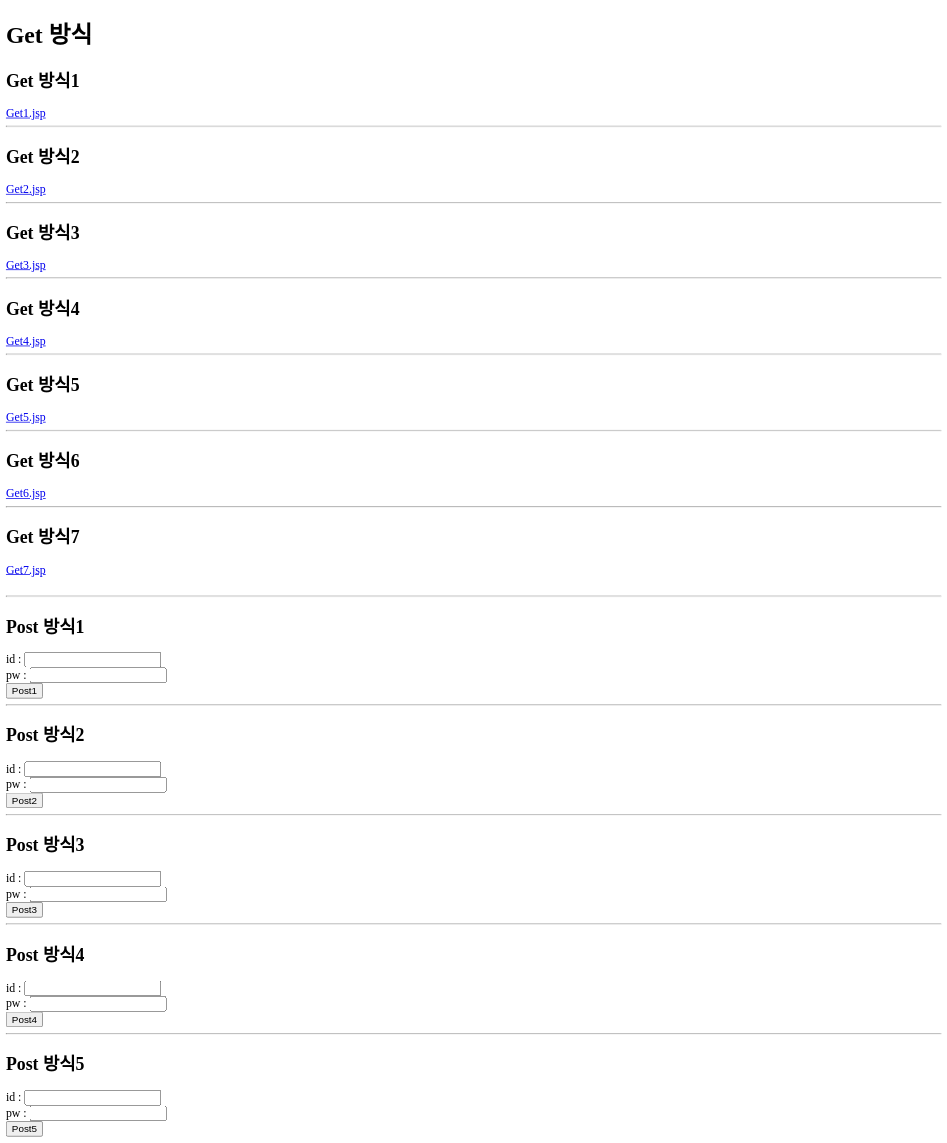
Repository: dllgkdud/pro4
Page: http://localhost/pro04/WEB-INF/views/sample/main.jsp
These files come from the project's save history. The page is drawn as it stood at one moment and after a run of saves; the edit follows.
The browser window is 1280 px wide. The pictures show the whole page, at 74% of full size.
The page is served by Tomcat 9. Nobody is signed in. The template is opened directly, without the code that normally fills it, so the values that code supplies are empty.

Above is the page before, as saved 2022-11-22 03:01:45.

After the next 2 saves:
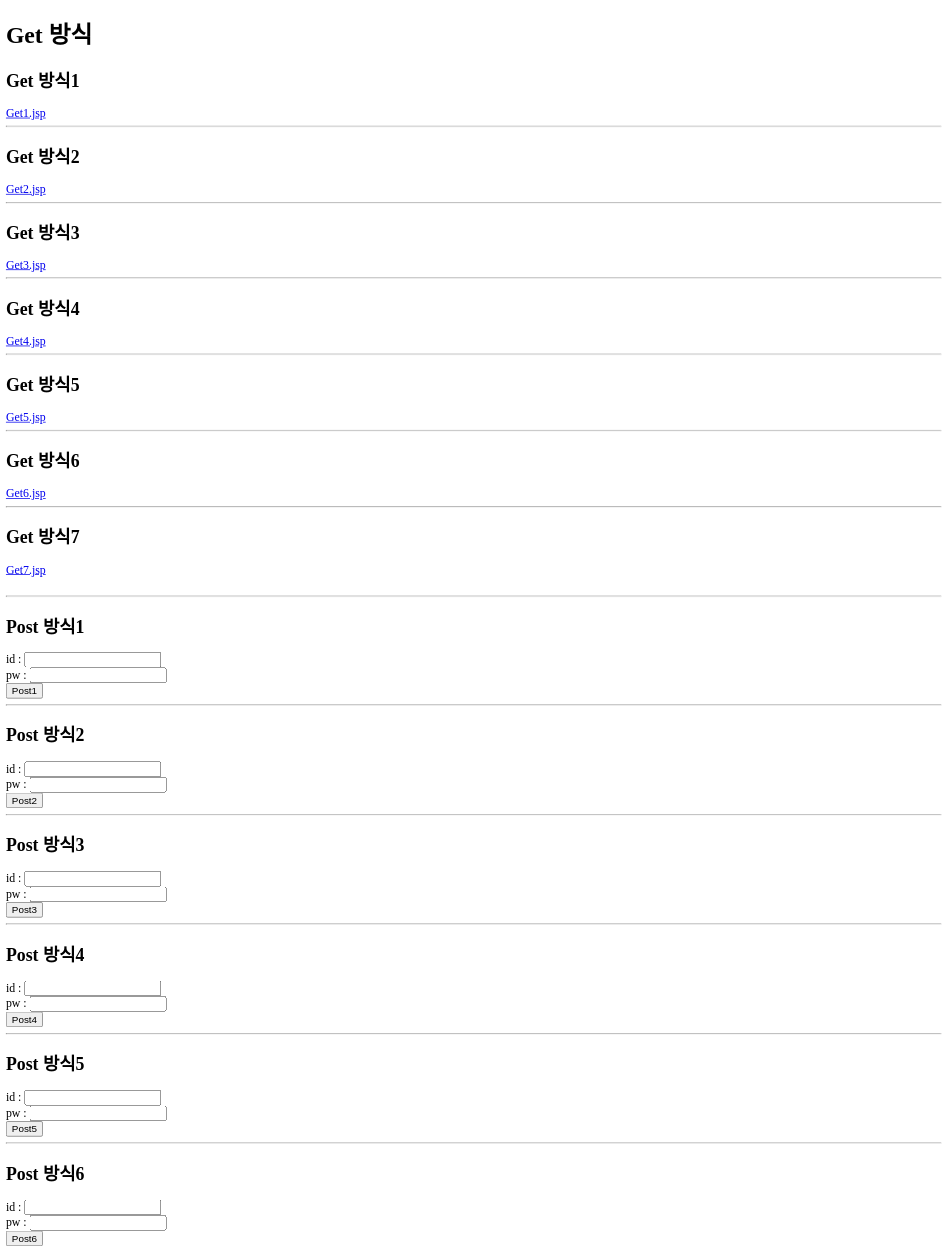
The 2 saves are shown as one change because they came seconds apart.
The last was saved 13 s later.
--- a/pro04/src/main/webapp/WEB-INF/views/sample/main.jsp
+++ b/pro04/src/main/webapp/WEB-INF/views/sample/main.jsp
@@ -92,5 +92,14 @@
 		<input type="submit" value="Post5"/>
 		</form>
 	</div>
+	<hr>
+	<h2>Post 방식6</h2>
+	<div>
+		<form action="./post6" method="post">
+		id : <input type="text" name="id" id="id" required /><br>
+		pw : <input type="password" name="pw" id="pw" required /><br>
+		<input type="submit" value="Post6"/>
+		</form>
+	</div>
 </body>
 </html>
